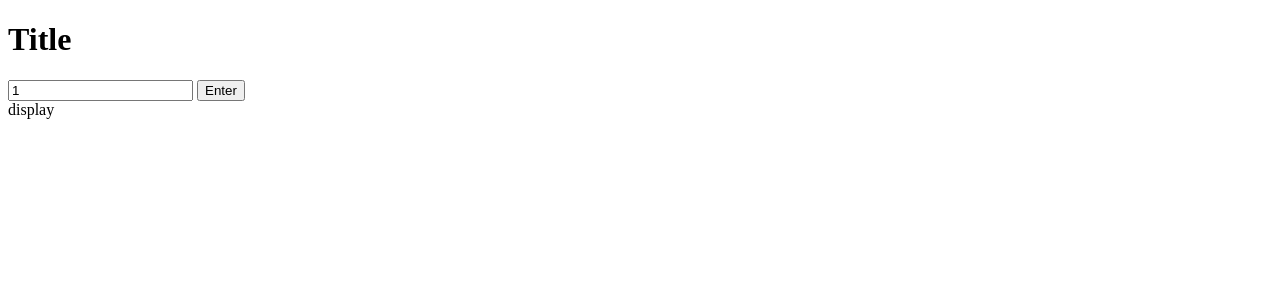
Repository: Achorn/ascii-art
Page: index.html
These files come from the project's save history. The page is drawn as it stood at one moment and after the next save; the edit follows.
The browser window is 1280 px wide. The pictures show the whole page.

Above is the page before, as saved 2021-08-08 13:37:04.

After the next save:
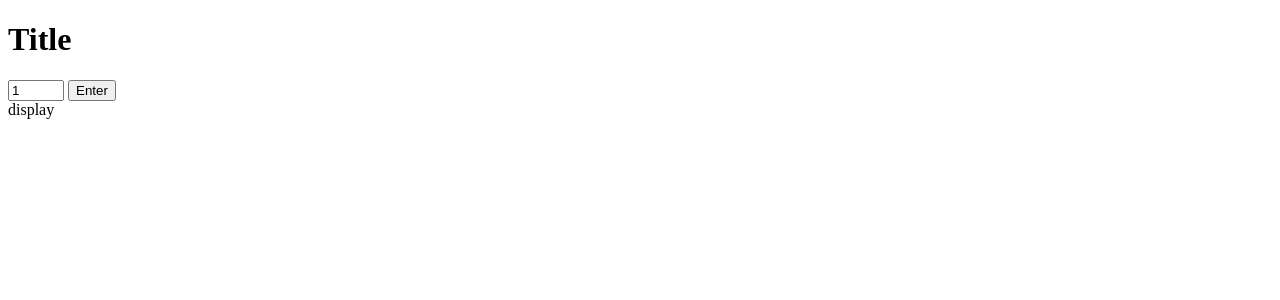
Saved 14 s later.
--- a/index.html
+++ b/index.html
@@ -8,7 +8,7 @@
   </head>
   <body>
     <h1>Title</h1>
-    <input type="number" min="1" value="1" />
+    <input type="number" min="1" value="1" max="10" />
     <button>Enter</button>
     <div>display</div>
   </body>
